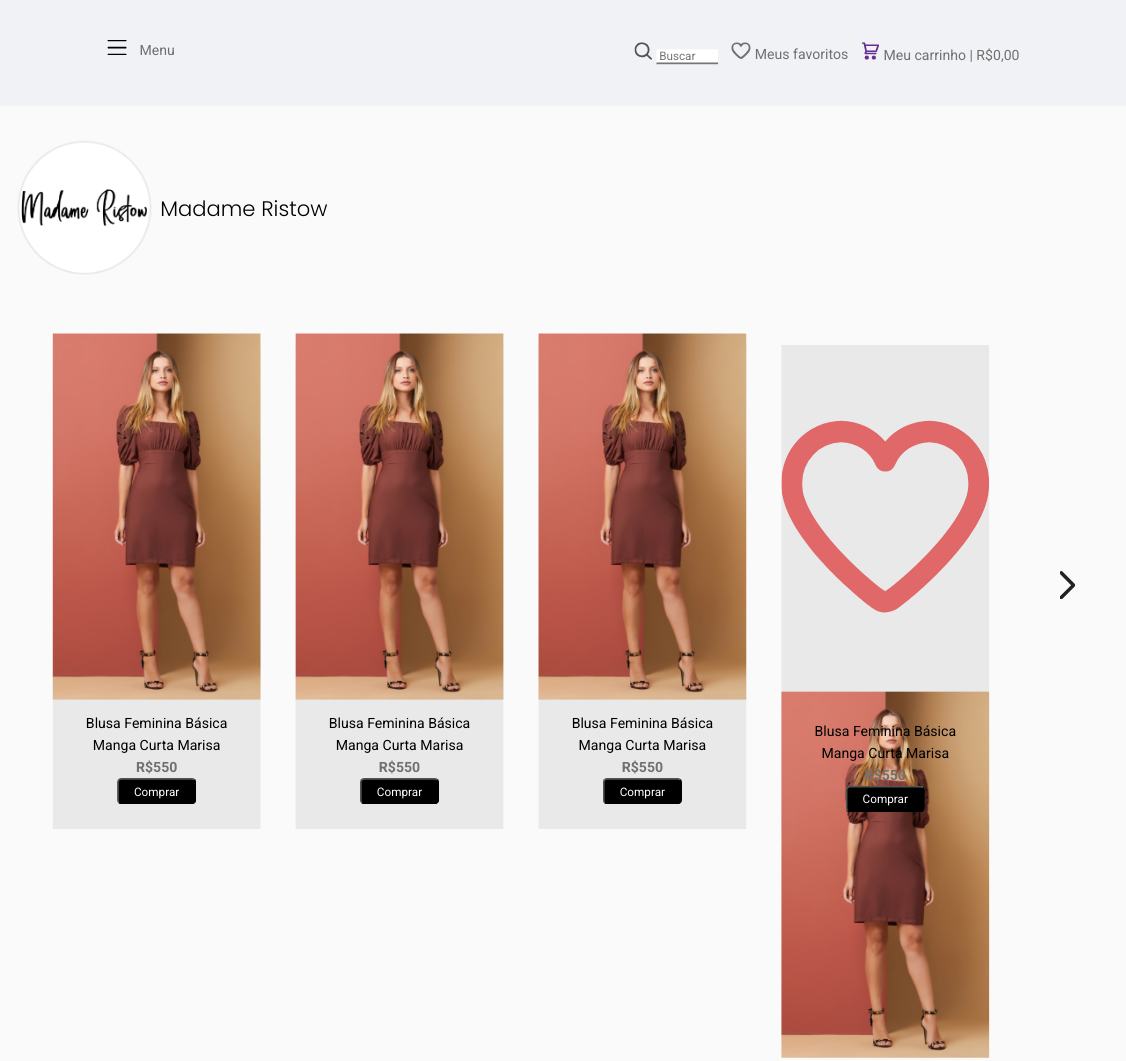
Repository: gutobarbosa/FrontEndLojaVirtual
Page: /
These files come from the project's save history. The page is drawn as it stood at one moment and after the next save; the edit follows.
The browser window is 1280 px wide. The pictures show the whole page, at 88% of full size.
The project was rebuilt for these pictures with package versions that can differ from the ones it lists, and the page was loaded fresh each time. Also part of the build but not shown: src/pages/Repository/styles.ts, src/services/api.ts, src/pages/Repository/index.tsx.

Above is the page before, as saved 2020-11-20 23:12:27.

### public/index.html
<!DOCTYPE html>
<html lang="en">
  <head>
    <meta charset="utf-8" />
    <meta name="viewport" content="width=device-width, initial-scale=1" />
    <meta name="theme-color" content="#000000" />

    <title></title>
    <link href="https://fonts.googleapis.com/css2?family=Roboto:wght@400;700&display=swap" rel="stylesheet">
    <link rel="preconnect" href="https://fonts.gstatic.com">
    <link rel="preconnect" href="https://fonts.gstatic.com">
<link href="https://fonts.googleapis.com/css2?family=Poppins:ital,wght@0,300;0,400;1,200&display=swap" rel="stylesheet">
</head>
  <body>
    <noscript>You need to enable JavaScript to run this app.</noscript>
    <div id="root"></div>

  </body>
</html>

### src/App.tsx
import React from 'react';
import { BrowserRouter as Router } from 'react-router-dom';

import Routes from './routes';

import GlobalStyle from '../src/styles/global';

const App: React.FC = () => (
  <>
    <GlobalStyle />
    <Router>
      <Routes />
    </Router>
  </>
);

export default App;

### src/routes/index.tsx
import React from 'react';
import {Switch, Route} from 'react-router-dom';

import Dashboard from '../pages/Dashboard';
import Repository from '../pages/Repository';

// rota da url, nesse caso a nossa rota atual é a raiz então vai apenas a / e o componente é que sera acessado através desse endereço url
const Routes: React.FC = () =>{
    return (
        <Switch>
            <Route path="/" exact component={Dashboard} />
            <Route path="/repositories/:repository+" component={Repository} />
        </Switch>
    );
}

export default Routes;

### src/styles/global.ts
import { createGlobalStyle } from 'styled-components';

export default createGlobalStyle`
  * {
    margin: 0;
    padding: 0;
    outline: 0;
    box-sizing: border-box;
  }

  body {
    background: #FAFAFA ;
    -webkit-font-smoothing: antialiased

  }

  body, input, button {
    font-family: 'Roboto', sans-serif;
    max-width: 1500vw;
  }

  button {
    cursor: pointer;
  }
`;

### src/pages/Dashboard/index.tsx
/* eslint-disable no-undef */

import React from "react";
import { Container, ContainerProducts } from "./styles";
import lefticon from '../../assets/avatar 152 x 152px.png';
import productimage from '../../assets/image-product.png';
import arrownext from '../../assets/arrowNext.svg';
import iconheart from '../../assets/iconHeart.svg';

import Header from '../../components/Header';

//import { Container, CardContainer, Card, TableContainer } from './styles';

const Dashboard: React.FC = () => {

  return (
    <>
    <Header/>
    <Container>
    <img src={lefticon} alt="Hamburguer" />
    <h3>Madame Ristow</h3>
    </Container>
    <ContainerProducts>
        <div className="productBox">
            <div className="productImage">
            <img src={productimage} alt="Product" />
            </div>
            <div className="productinformation">
            <p>Blusa Feminina Básica Manga Curta Marisa<br/></p>
                <p className ="bold">R$550 <br/></p>
                <div className="buttonBuy">
                    <button>Comprar</button>
                </div>
            </div>
        </div>
        <div className="productBox">
            <div className="productImage">
            <img src={productimage} alt="Product" />
            </div>
            <div className="productinformation">
            <p>Blusa Feminina Básica Manga Curta Marisa<br/></p>
                <p className ="bold">R$550 <br/></p>
                <div className="buttonBuy">
                    <button>Comprar</button>
                </div>
            </div>
        </div>
        <div className="productBox">
            <div className="productImage">
            <img src={productimage} alt="Product" />
            </div>
            <div className="productinformation">
            <p>Blusa Feminina Básica Manga Curta Marisa<br/></p>
                <p className ="bold">R$550 <br/></p>
                <div className="buttonBuy">
                    <button>Comprar</button>
                </div>
            </div>
        </div>
        <div className="productBox">
            <div className="productImage">
            <img src={iconheart} alt="Product" />
            <img src={productimage} alt="Product" />

            </div>
            <div className="productinformation">
                <p>Blusa Feminina Básica Manga Curta Marisa<br/></p>
                <p className ="bold">R$550 <br/></p>
                <div className="buttonBuy">
                    <button>Comprar</button>
                </div>
            </div>
        </div>
        <div className="arrowNext">
            <img src={arrownext} alt="arrownext" />
        </div>
    </ContainerProducts>
    </>
  );
};

export default Dashboard;

### src/pages/Dashboard/styles.ts
import styled from 'styled-components';
/*
interface CardProps {
  total?: boolean;
}*/

export const Container = styled.div`
  width: 100%;
  max-width: 1600px;
  margin: 0 auto;
  padding: 40px 20px;
  display: flex;
  align-items: center;


    img {
        justify-content: flex-start;
    }

    h3 {
        color: black;
        margin-left: 10px;
        font-family: 'Poppins', sans-serif;
        font-size: 24px;
        font-weight: 300;
    }
`;
export const ContainerProducts = styled.div`
width: 100%;
max-width: 1600px;
margin: 0 auto;
padding: 40px 20px;
display: flex;
align-items: center;

    .productBox {
        width: 236px;
        height: 550px;
        margin-left: 40px;
        background: #E9E9E9;
    }
    .productinformation {
        max-width: 250px;
        max-height: 150px;
    }
    .productImage{
        max-width: 236px;
        max-height: 416px;
    }
    .productImage img {
        width: 100%;
        height: 416px;
        margin-top: -13px;
    }
    .productImage:nth-child(2) {
        width: 20%;
        height: 12px;
        margin-top: -13px;
    }

    .arrowNext {
        margin-left: 80px;
    }
    .productinformation{
        width: 200px;
        size: 20px;
        justify-content: center;
        margin: 0 auto;
        margin-top: 10px;
    }
    .productinformation p{
        text-align: center;
        line-height: 25px;
    }
    .buttonBuy {
        width: 100%;
        margin: 0 auto;
        text-align: center;
    }
    .productinformation button{
        background: black;
        color: white;
        width: 90px;
        height: 30px;
        border-radius: 5px;
        cursor: pointer;
    }

    .bold{
        color: #707070;
        font-weight: bold;
    }

`;

### src/components/Header/index.tsx
import React from 'react';

//import { Link } from 'react-router-dom';
import hamburguerBars from '../../assets/hamburguer.svg';
import searchicon from '../../assets/searchIcon.svg';
import favoriteicon from '../../assets/favoriteIcon.svg';
import mycaricon from '../../assets/mycarIcon.svg'
import { Container, ContainerHeader, ContentLeft, ContentRight } from '../Header/styles';




const Header: React.FC = () => (
  <Container>
    <ContainerHeader>
    <header>
      <ContentLeft>
        <div className="menuTotal">
          <img src={hamburguerBars} alt="Hamburguer" />
          <span className="menu">Menu</span>
        </div>
      </ContentLeft>
      <ContentRight>
        <div className="searchTotal">
          <img src={searchicon} alt="Hamburguer" />
          <input placeholder=" Buscar" type="text"/>
        </div>
        <div className="favoritesTotal">
          <img src={favoriteicon} alt="Favorite" />
          <span>Meus favoritos</span>
        </div>
        <div className="MycarTotal">
          <img src={mycaricon} alt="Mycar" />
          <span>Meu carrinho | R$0,00</span>
        </div>
      </ContentRight>
    </header>
    </ContainerHeader>
  </Container>
);

export default Header;

### src/components/Header/styles.ts
import styled from 'styled-components';
/*
interface ContainerProps {
  size?: 'small' | 'large';
}*/

export const Container = styled.div`
  background: #F0F2F5;
  padding: 30px;
  width: 100%;

  header {
    height: 60px;
    margin: 0 auto;
    display: flex;
    align-items: center;
    justify-content: space-between;
  }

  span {
    color: #707070;
    text-align: left;
    opacity: 1;
    margin-left: 25px;
    cursor: pointer;
  }
  .menu{
    margin-left: 10px;

  }
  input {
    border-left: 0px solid black;
    border-right: 0px solid black;
    border-top: 0px solid black;
    width: 70px;
  }

   img {
    margin-right: 5px;
   }

   .menuTotal{
     width:100px;
     height:30px;
     cursor:pointer;
   }

   .menuTotal:hover{
    opacity: 0.5;
  }
`;

export const ContainerHeader = styled.div`
width: 85%;
margin: 0 auto;
`;


export const ContentLeft = styled.div`

`;

export const ContentRight = styled.div`
  display: flex;
  margin-left: 20px;
  .favoritesTotal img {
        margin-right: -20px;
        margin-left: 15px
    }

    .favoritesTotal:hover{
        cursor:pointer;
        opacity: 0.7;
    }

    .MycarTotal img {
        margin-right: -20px;
        margin-left: 15px
    }

    .MycarTotal:hover{
        cursor:pointer;
        opacity: 0.7;
    }


`;

Loaded but not shown: src/index.tsx (common file)

After the next save:
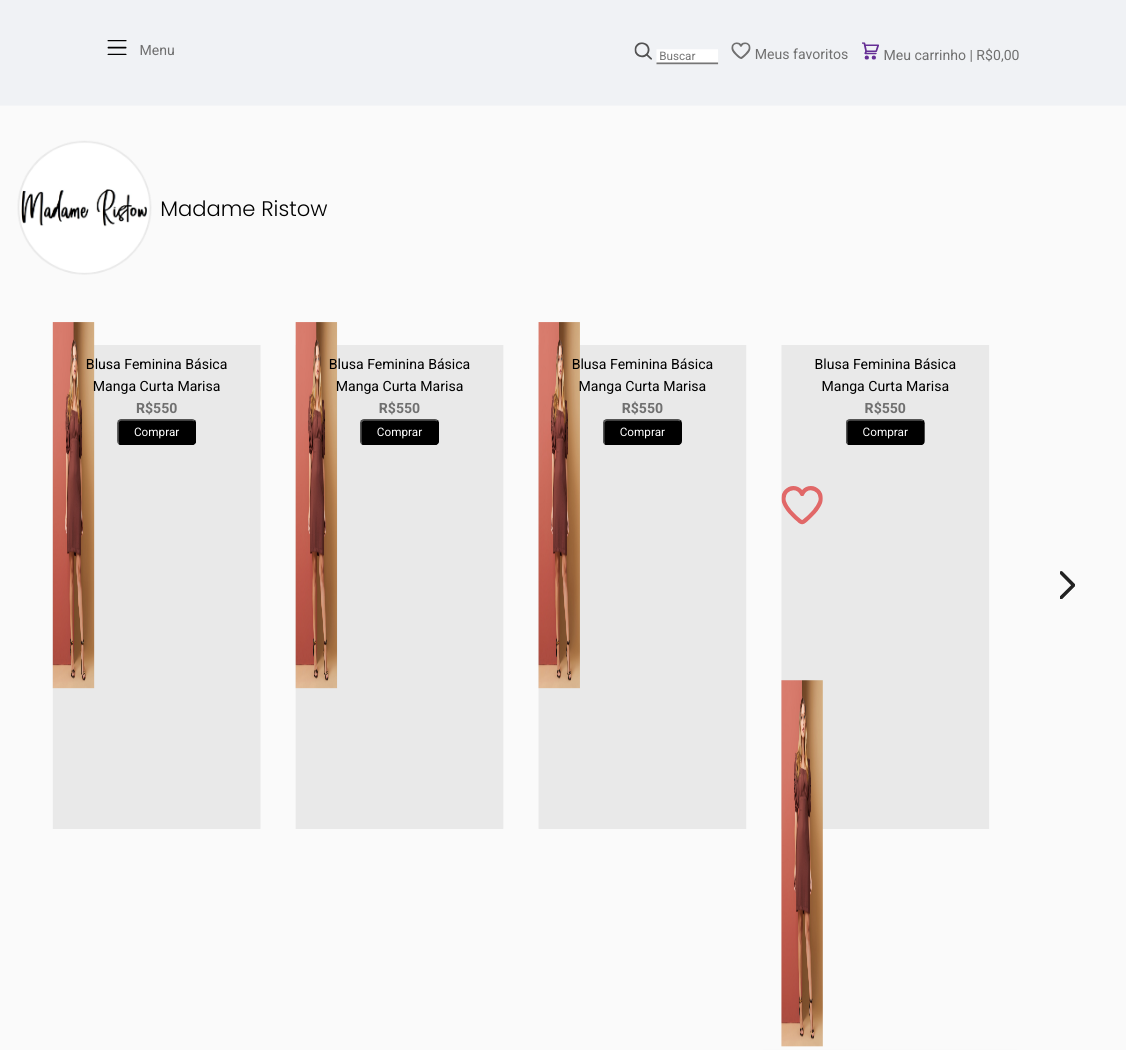
Saved 5 s later.
--- a/src/pages/Dashboard/styles.ts
+++ b/src/pages/Dashboard/styles.ts
@@ -52,7 +52,7 @@
         height: 416px;
         margin-top: -13px;
     }
-    .productImage:nth-child(2) {
+    .productImage:nth-child(1) {
         width: 20%;
         height: 12px;
         margin-top: -13px;

After the save that followed:
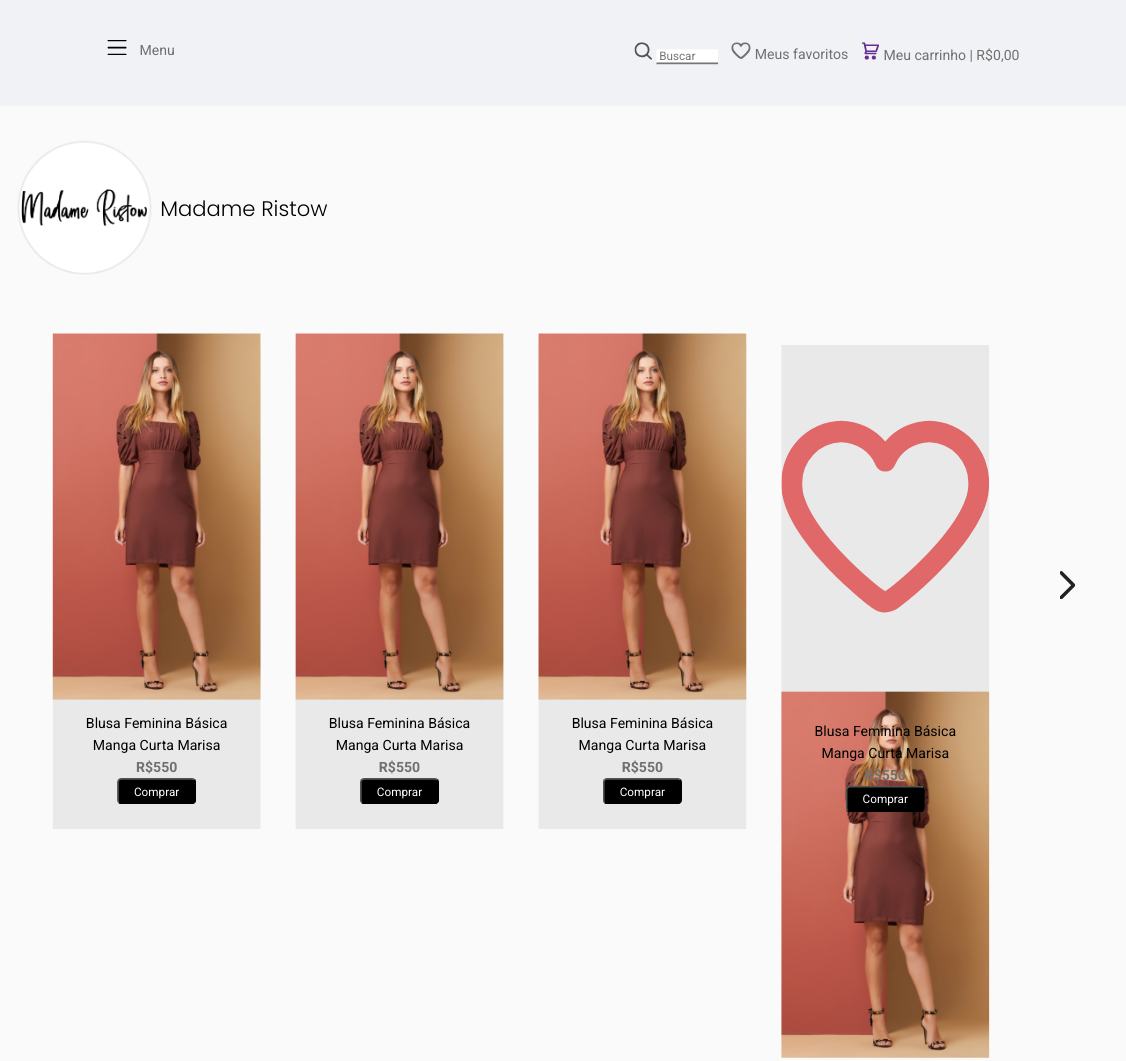
Saved 5 s later.
--- a/src/pages/Dashboard/styles.ts
+++ b/src/pages/Dashboard/styles.ts
@@ -52,7 +52,7 @@
         height: 416px;
         margin-top: -13px;
     }
-    .productImage:nth-child(1) {
+    .productImage:nth-child(2) {
         width: 20%;
         height: 12px;
         margin-top: -13px;
